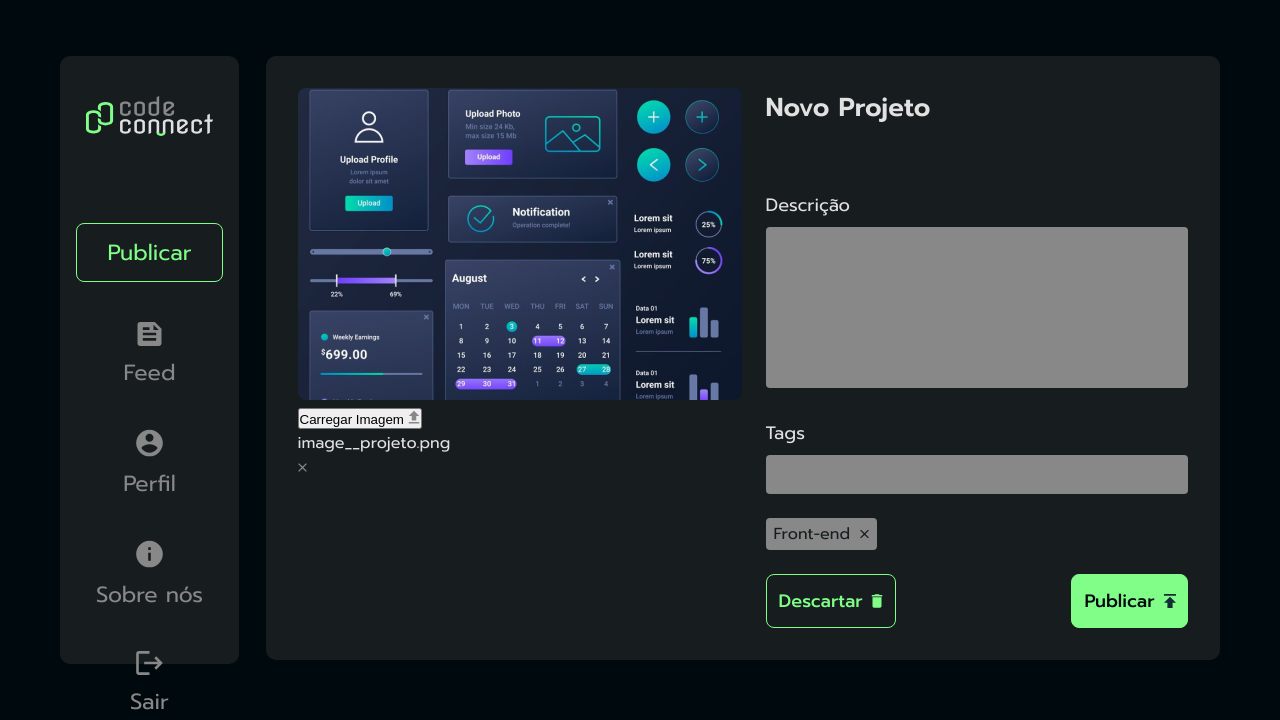
Repository: joaoPraiaJunior/async_await
Page: index.html
These files come from the project's save history. The page is drawn as it stood at one moment and after the next save; the edit follows.
The browser window is 1280 px wide. The pictures show the whole page.

Above is the page before, as saved 2024-08-24 20:51:33.

### index.html
<!DOCTYPE html>
<html lang="pt-BR" dir="ltr">

<head>
    <meta charset="UTF-8">
    <meta name="viewport" content="width=device-width, initial-scale=1.0">
    <meta name="description" content="Projeto Async Await">
    <link rel="preconnect" href="https://fonts.googleapis.com">
    <link rel="preconnect" href="https://fonts.gstatic.com" crossorigin>
    <link href="https://fonts.googleapis.com/css2?family=Prompt:ital,wght@0,100;0,200;0,300;0,400;0,500;0,600;0,700;0,800;0,900;1,100;1,200;1,300;1,400;1,500;1,600;1,700;1,800;1,900&display=swap" rel="stylesheet">
    <link rel="stylesheet" href="./css/styles.css">
    <title>CodeConnect</title>
</head>

<body>

    <aside class="l-lateral">
        <figure><img src="./img/Logo.svg" alt="Logo do codeconnect"></figure>
        <nav class="c-menu">
            <ul class="c-menu__lista">
                <li class="c-menu__item"><a href="#" class="c-menu__link">Publicar</a></li>
                <li class="c-menu__item"><a href="#" class="c-menu__link"><img src="./img/feed.svg" aria-hidden="true" alt>Feed</a></li>
                <li class="c-menu__item"><a href="#" class="c-menu__link"><img src="./img/account_circle.svg" aria-hidden="true" alt>Perfil</a></li>
                <li class="c-menu__item"><a href="#" class="c-menu__link"><img src="./img/info.svg" aria-hidden="true" alt>Sobre nós</a></li>
                <li class="c-menu__item"><a href="#" class="c-menu__link"><img src="./img/logout.svg" aria-hidden="true" alt>Sair</a></li>
            </ul>
        </nav>
    </aside>

    <main class="l-principal">
        <div class="c-upload-imagem">
            <div class="c-upload-imagem__container">
                <figure class="c-upload-imagem__publicacao">
                    <img src="./img/imagem1.png" alt>
                </figure>
            </div>
            <button class="c-upload-imagem__botao" aria-label="carregar imagem">Carregar Imagem <img src="./img/upload.svg" aria-hidden="true" alt></button>
            <div class="c-upload-imagem__descricao">
                <p>image__projeto.png</p>
                <img src="./img/close.svg" aria-hidden="true" alt>
            </div>
        </div>

        <div class="c-formulario">
            <h2 class="c-formulario__titulo">Novo Projeto</h2>
            <form class="c-formulario__acoes">
                <div class="c-formulario__grupo">
                    <label for="Descricao">Descrição</label>
                    <textarea name="descricao" id="descricao">
                    </textarea>
                </div>

                <div class="c-formulario__grupo">
                    <label for="Tags">Tags</label>
                    <input type="text" name="tags" id="tags">
                </div>

                <ul class="c-formulario__lista">
                    <li class="c-formulario__lista-tags">
                        <p>Front-end</p>
                        <img src="./img/close-black.svg" alt>
                    </li>
                </ul>

                <div class="c-formulario__botoes">
                    <button class="c-formulario__botao c-formulario__botao--descartar">Descartar</button>
                    <button class="c-formulario__botao c-formulario__botao--salvar">Publicar</button>
                </div>
            </form>
        </div>
    </main>

    <script src="./js/scripts.js"></script>
</body>

</html>

### css/styles.css
:root {
  /* Cores */
  --background-color: #00090e;
  --cor-do-texto: #e1e1e1;
  --cor-primaria: #81fe88;
  --cor-secundaria: #888888;
  --cor-da-tag: #171d1f;
  --componentes-do-background: #171d1f;

  /* Fontes */
  --fonte-padrao: "Prompt", sans-serif;
}

* {
  margin: 0;
  padding: 0;
  box-sizing: border-box;
}

html {
  font-size: 62.5%;
}

body {
  display: flex;
  justify-content: center;
  align-items: start;
  gap: 2.7rem;
  font-family: var(--fonte-padrao);
  font-size: 1.6rem;
  background-color: var(--background-color);
  color: var(--cor-do-texto);
  padding: 5.6rem 0;
  height: 100vh;
}

.l-lateral {
  text-align: center;
  background-color: var(--componentes-do-background);
  border-radius: 1rem;
  padding: 4rem 1.6rem;
  height: 100%;
}

.c-menu__lista {
  display: flex;
  flex-direction: column;
  align-items: center;
  gap: 4rem;
  margin-top: 8rem;
  list-style-type: none;
}

.c-menu__link {
  display: flex;
  flex-direction: column;
  align-items: center;
  gap: 1rem;
  font-size: 2.2rem;
  text-decoration: none;
  color: var(--cor-secundaria);
}

.c-menu__lista li:first-of-type a {
  color: var(--cor-primaria);
  border: 0.1rem solid var(--cor-primaria);
  border-radius: 0.8rem;
  padding: 1.2rem 3rem;
}

.l-principal {
  display: flex;
  gap: 2.4rem;
  background-color: var(--componentes-do-background);
  border-radius: 1rem;
  padding: 3.2rem;
}

.c-formulario {
  display: flex;
  flex-direction: column;
  gap: 2.4rem;
  width: 42.2rem;
}

.c-formulario__titulo {
  font-size: 2.6rem;
  font-weight: 600;
  margin-bottom: 4rem;
}

.c-formulario__acoes {
  display: flex;
  flex-direction: column;
  gap: 2.4rem;
}

.c-formulario__grupo label {
  display: block;
  font-size: 1.8rem;
  font-weight: 400;
  margin-bottom: 0.8rem;
}

.c-formulario__grupo input,
textarea {
  background-color: var(--cor-secundaria);
  font-family: var(--fonte-padrao);
  line-height: 2.25rem;
  border: none;
  border-radius: 0.4rem;
  padding: 0.8rem 1.6rem;
  width: 100%;
}

.c-formulario__grupo textarea {
  resize: none;
  height: 16.1rem;
}

.c-formulario__grupo input {
  height: 3.9rem;
}

.c-formulario__lista {
  display: flex;
  list-style-type: none;
}

.c-formulario__lista-tags {
  display: flex;
  gap: 1rem;
  color: var(--cor-da-tag);
  background-color: var(--cor-secundaria);
  border-radius: 0.4rem;
  padding: 0.4rem 0.8rem;
}

.c-formulario__botoes {
  display: flex;
  justify-content: space-between;
  gap: 2.4rem;
}

.c-formulario__botao {
  font-family: var(--fonte-padrao);
  font-size: 1.8rem;
  font-weight: 500;
  text-align: center;
  border-radius: 0.8rem;
  padding: 1.2rem 3.2rem 1.2rem 1.2rem;
  cursor: pointer;
}

.c-formulario__botao--descartar,
.c-formulario__botao--salvar {
  position: relative;
}

.c-formulario__botao--descartar {
  color: var(--cor-primaria);
  background-color: var(--componentes-do-background);
  border: 0.1rem solid var(--cor-primaria);
}

.c-formulario__botao--salvar {
  color: var(--background-color);
  background-color: var(--cor-primaria);
  border: 0.1rem solid var(--cor-primaria);
}

.c-formulario__botao--descartar::after,
.c-formulario__botao--salvar::after {
  content: "";
  display: inline-block;
  position: absolute;
  top: 50%;
  background-size: contain;
  background-repeat: no-repeat;
  margin-left: 0.8rem;
  width: 1.5rem;
  height: 1.5rem;
  transform: translateY(-50%);
}

.c-formulario__botao--descartar::after {
  background-image: url("../img/trash.svg");
}

.c-formulario__botao--salvar::after {
  background-image: url("../img/arrow_forward2.svg");
}

.c-upload-imagem__publicacao {
    background-color: var(--secundary-color);
    border-radius: .8rem;
    padding: 2.4rem 1.6rem
    height: 36.8rem;

}

.c-upload-imagem__publicacao img {
    border-radius: .8rem;
    object-fit: cover;
    height: 100%;
}

Loaded but not shown: js/scripts.js (no copy from this time; the picture is the same without it)

After the next save:
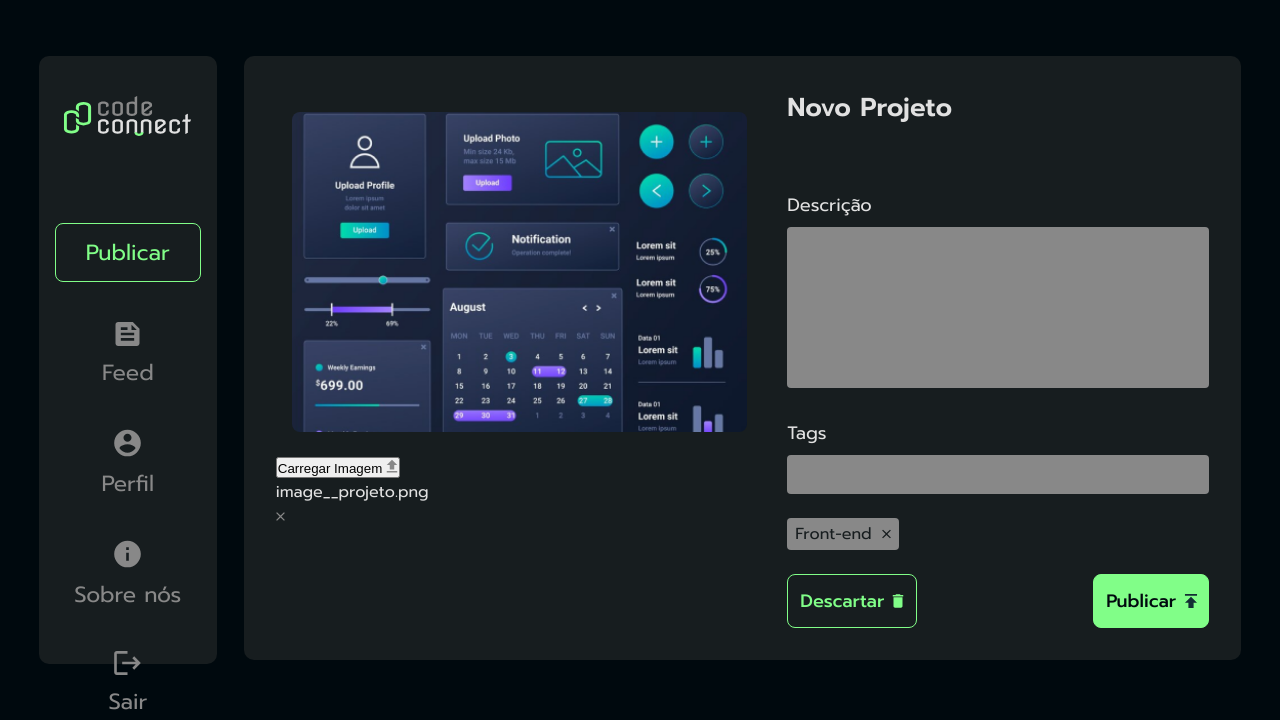
Saved 4 s later.
--- a/css/styles.css
+++ b/css/styles.css
@@ -194,7 +194,7 @@ textarea {
 .c-upload-imagem__publicacao {
     background-color: var(--secundary-color);
     border-radius: .8rem;
-    padding: 2.4rem 1.6rem
+    padding: 2.4rem 1.6rem;
     height: 36.8rem;
 
 }
